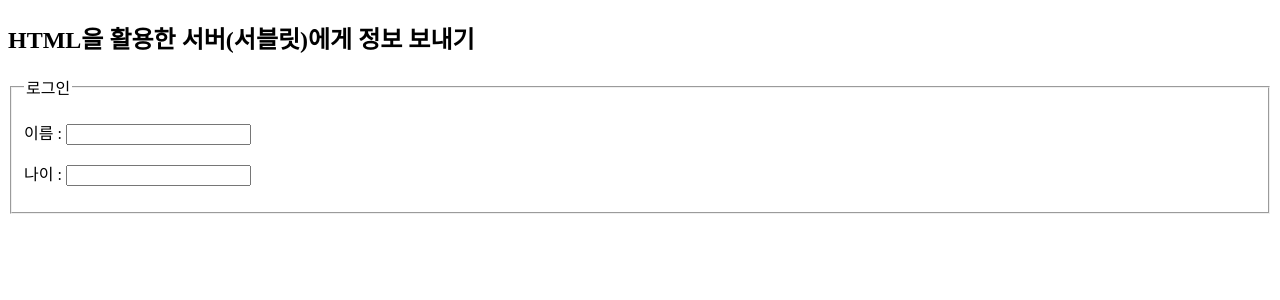
Repository: Kebiskim/2023_jspStudy
Page: 01_servlet/src/main/webapp/view/Ex10.html
The author's editor kept a copy of each file at every save. The page is drawn from the files as they stood at one save, then again after the next save.
The browser window is 1280 px wide. The pictures show the whole page.

Above is the page before, as saved 2023-07-03 02:13:55.

After the next save:
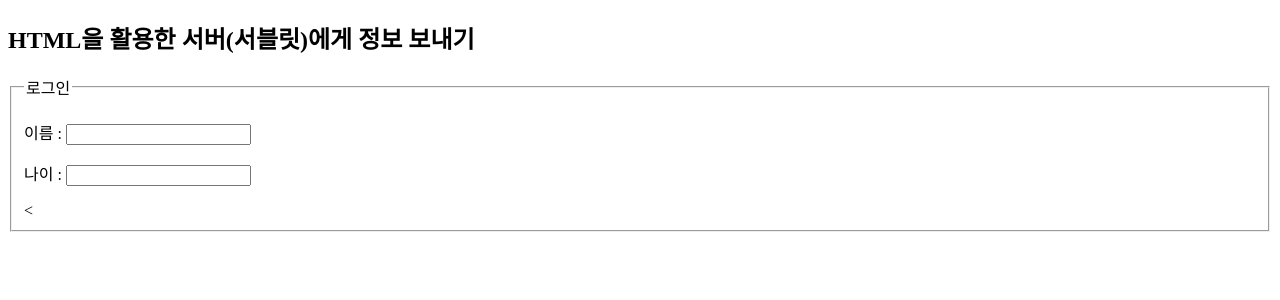
Saved 3 s later.
--- a/01_servlet/src/main/webapp/view/Ex10.html
+++ b/01_servlet/src/main/webapp/view/Ex10.html
@@ -14,6 +14,7 @@
 			<input type="text" name="name" id="name" required></p>
 		<p><label for="age">나이 : </label>
 			<input type="number" name="age" id="age" required></p>
+			<
 	</fieldset>
 	</form>
 </body>
